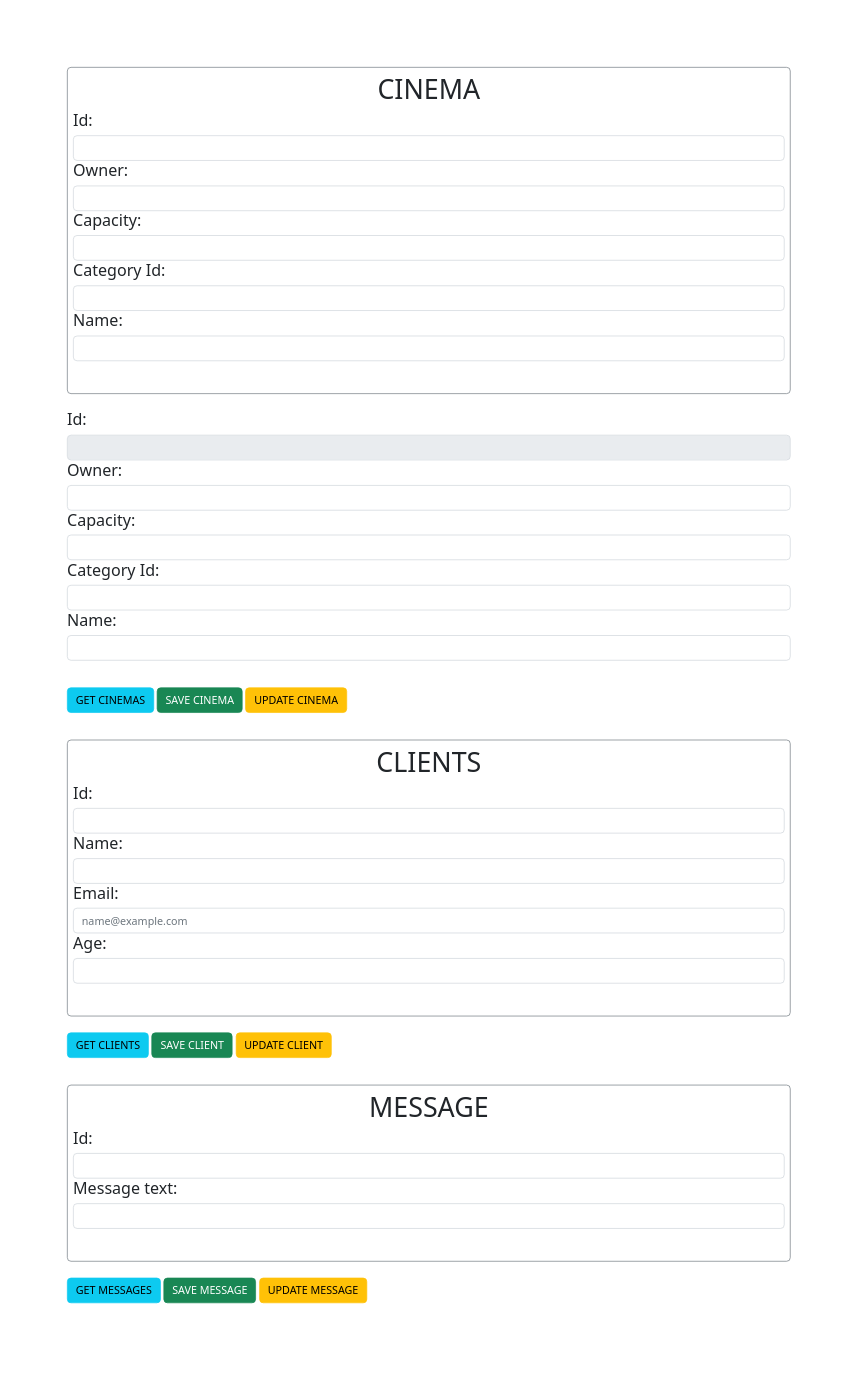
Repository: almendezl/MisionTIC
Page: index.html
The author's editor kept a copy of each file at every save. The page is drawn from the files as they stood at one save, then again after the next save.
The browser window is 1280 px wide. The pictures show the whole page, at 67% of full size.

Above is the page before, as saved 2022-10-02 16:02:28.

### index.html
<html lang="en">
<head>
    <meta charset="UTF-8">
    <meta http-equiv="X-UA-Compatible" content="IE=edge">
    <meta name="viewport" content="width=device-width, initial-scale=1.0">
    <link rel="stylesheet" href="styles.css">
    <title>MISION TIC 2022 RETO 2</title>
</head>
<!-- add jquery api -->
<script src="https://ajax.googleapis.com/ajax/libs/jquery/3.6.1/jquery.min.js"></script>
<!-- add bootstrap -->
<link href="https://cdn.jsdelivr.net/npm/bootstrap@5.2.1/dist/css/bootstrap.min.css" rel="stylesheet" integrity="sha384-iYQeCzEYFbKjA/T2uDLTpkwGzCiq6soy8tYaI1GyVh/UjpbCx/TYkiZhlZB6+fzT" crossorigin="anonymous">
<!-- add the file with the script -->
<script type="text/javascript" src="myScript.js"></script>
<body>
    <!-- cinema front -->
    <div class=" p-2 rounded border border-secondary" >
        <h1 class="text-center">CINEMA</h1>
        <form action="">
            <div class="form-group">
                <h4 class="label label-default" >Id: </h4>
                <input  class="form-control" type="number" id="cinemaId">
            </div>

            <div class="form-group">
                <h4 class="label label-default" >Owner: </h4>
                <input class="form-control" type="text" id="cinemaOwner">
            </div>

            <div class="form-group">
                <h4 class="label label-default" >Capacity: </h4>
                <input class="form-control" type="number" id="cinemaCapacity" >
            </div>

            <div class="form-group">
                <h4 class="label label-default" >Category Id: </h4>
                <input class="form-control" type="number" id="cinemaCategory">
            </div>

            <div class="form-group">
                <h4 class="label label-default" >Name: </h4>
                <input class="form-control" type="text" id="cinemaName"><br>
            </div>

        </form>
    </div>
    <br>
    <div id="editCinema">
        <form action="">
            <div class="form-group">
                <h4 class="label label-default" >Id: </h4>
                <input disabled class="form-control" type="number" id="cinemaIdEdit">
            </div>

            <div class="form-group">
                <h4 class="label label-default" >Owner: </h4>
                <input class="form-control" type="text" id="cinemaOwnerEdit">
            </div>

            <div class="form-group">
                <h4 class="label label-default" >Capacity: </h4>
                <input class="form-control" type="number" id="cinemaCapacityEdit" >
            </div>

            <div class="form-group">
                <h4 class="label label-default" >Category Id: </h4>
                <input class="form-control" type="number" id="cinemaCategoryEdit">
            </div>

            <div class="form-group">
                <h4 class="label label-default" >Name: </h4>
                <input class="form-control" type="text" id="cinemaNameEdit"><br>
            </div>

        </form>

    </div>

    <div id="cinemaAlert">

    </div>




    <button class="btn btn-info" onclick="getCinemas()">GET CINEMAS</button>

    <button class="btn btn-success" onclick="setCinema()">SAVE CINEMA</button>

    <button class="btn btn-warning" onclick="updateCinema()">UPDATE CINEMA</button><br><br>


    <table class="table table-striped" id="cinemasList">


    </table>

    <!-- Clients front  -->
    <div class=" p-2 rounded border border-secondary" >
    <h1 class="text-center">CLIENTS</h1>
        <form action="">
            <div class="form-group">
                <h4 class="label label-default" >Id: </h4>
                <input class="form-control" type="number" id="clientId">
            </div>

            <div class="form-group">
                <h4 class="label label-default" >Name: </h4>
                <input class="form-control" type="text" id="clientName">
            </div>

            <div class="form-group">
                <h4 class="label label-default" >Email: </h4>
                <input class="form-control" type="text" id="clientEmail" placeholder="name@example.com">
            </div>

            <div class="form-group">
                <h4 class="label label-default" >Age: </h4>
                <input class="form-control" type="number" id="clientAge"><br>
            </div>

        </form>
    </div>
    <br>

    <div id="clientAlert">

    </div>



    <button class="btn btn-info" onclick="getClients()">GET CLIENTS</button>

    <button class="btn btn-success" onclick="setClient()">SAVE CLIENT</button>

    <button class="btn btn-warning" onclick="updateClient()">UPDATE CLIENT</button><br><br>


    <table class="table table-striped" id="clientsList">


    </table>

    <!-- Message front  -->
    <div class=" p-2 rounded border border-secondary" >
        <h1 class="text-center">MESSAGE</h1>

        <form action="" >
            <div class="form-group">
                <h4 class="label label-default" >Id: </h4>
                <input class="form-control" type="number" id="messageId">
            </div>

            <div class="form-group">
                <h4 class="label label-default" >Message text: </h4>
                <input class="form-control" type="text" id="messageText"><br>
            </div>


        </form>
    </div>
    <br>

    <div id="messageAlert">

    </div>



    <button class="btn btn-info" onclick="getMessages()">GET MESSAGES</button>

    <button class="btn btn-success" onclick="setMessage()">SAVE MESSAGE</button>

    <button class="btn btn-warning" onclick="updateMessage()">UPDATE MESSAGE</button><br><br>


    <table class="table table-striped" id="messagesList">


    </table>

</body>
</html>

### styles.css
body {

    padding: 100px 100px;
  }

### myScript.js
let urlCinema = "https://gbc0751b79176df-fy68ude9ajgxmklv.adb.us-ashburn-1.oraclecloudapps.com/ords/admin/cinema/cinema";
let urlClient = "https://gbc0751b79176df-fy68ude9ajgxmklv.adb.us-ashburn-1.oraclecloudapps.com/ords/admin/client/client";
let urlMessage = "https://gbc0751b79176df-fy68ude9ajgxmklv.adb.us-ashburn-1.oraclecloudapps.com/ords/admin/message/message";


/**
 * ----------------CINEMAS ---------------------
 */
function getCinemas(){

    $.ajax({
        url:  urlCinema,
        type: 'GET',
        dataType: 'json',

        success: function(cinemas){
            console.log(cinemas);
            let cs= cinemas.items;
            //$('#clientsList').append("<h2>Clients List</h2>");
            $('#cinemasList').empty();
            if(cs.length > 0){

                $('#cinemasList').append("<thead><tr><th scope='col'>Id</th><th scope='col'>Owner</th><th scope='col'>Capacity</th><th scope='col'>Category Id</th> <th scope='col'>Name</th><th scope='col'>Options</th></tr></thead><tbody></tbody>");
                for(i = 0; i<cs.length; i++){

                    $('#cinemasList').append("<tr><th scope='row'>"+cs[i].id+"</th><td>"+cs[i].owner+"</td><td>"+cs[i].capacity+"</td><td>"+cs[i].category_id+"</td><td>"+cs[i].name+"</td><td>"+"<button class='btn btn-secondary' onclick='editCinema("+JSON.stringify(cs[i])+")'>EDIT</button> <button class='btn btn-danger' onclick='deleteCinema("+cs[i].id+")'>DELETE</button></td></tr>");

                }
            }else{
                $('#cinemasList').append("<h4 class='text-center'>No entries</h4>");
            }

        },
        error: function(xhr, status){
            alert("A problem has occurred");
        },
        complete: function(xhr, status){
            //alert("Request made");
        }
    });

}
function editCinema(item){
    console.log(item);
    $("#cinemaIdEdit").val(item.id);
    $("#cinemaOwnerEdit").val(item.owner);
    $("#cinemaCapacityEdit").val(item.capacity);
    $("#cinemaCategoryEdit").val(item.category_id);
    $("#cinemaNameEdit").val(item.name);


}

function setCinema(){

    let id = $("#cinemaId").val();
    let owner = $("#cinemaOwner").val();
    let capacity = $("#cinemaCapacity").val();
    let category = $("#cinemaCategory").val();
    let name = $("#cinemaName").val();

    $("#cinemaAlert").empty();
    if (id != "" && owner != "" && capacity != "" && category != "" && name != ""){
        let data = {
            id: id,
            owner: owner,
            capacity: capacity,
            category_id: category,
            name: name

        };

        let dataToSend = JSON.stringify(data);

        console.log(dataToSend);

        $.ajax({
            url: urlCinema,
            type: 'POST',
            //dataType: 'json',
            data: dataToSend,
             contentType: "application/json",

            success: function(json){
                console.log(json);
                //Clean the inputs
                $("#cinemaId").val('');
                $("#cinemaOwner").val('');
                $("#cinemaCapacity").val('');
                $("#cinemaCategory").val('');
                $("#cinemaName").val('');
                getCinemas();
            },
            error: function(xhr, status){
                //alert("A problem has occurred");

            },
            complete: function(xhr, status){
                //alert("Request made");

            }
        });

    }else{
        $("#cinemaAlert").append("<div class='alert alert-danger' role='alert'>There can be no empty fields!</div>");
    }



}

function updateCinema(){
    let id = $("#cinemaId").val();
    let owner = $("#cinemaOwner").val();
    let capacity = $("#cinemaCapacity").val();
    let category = $("#cinemaCategory").val();
    let name = $("#cinemaName").val();

    let data = {
        id: id,
        owner: owner,
        capacity: capacity,
        category_id: category,
        name: name

    };

    let dataToSend = JSON.stringify(data);

    console.log(dataToSend);

    $.ajax({
        url: urlCinema,
        type: 'PUT',
        //dataType: 'json',
        data: dataToSend,
        contentType: "application/json",

        success: function(json){
            console.log(json);
            //Clean the inputs
            $("#cinemaId").val('');
            $("#cinemaOwner").val('');
            $("#cinemaCapacity").val('');
            $("#cinemaCategory").val('');
            $("#cinemaName").val('');
            getCinemas();
        },
        error: function(xhr, status){
            //alert("A problem has occurred");

        },
        complete: function(xhr, status){
            //alert("Request made");

        }
    });
}

function deleteCinema(cinemaId){


    let data = {
        id: cinemaId

    };

    let dataToSend = JSON.stringify(data);

    console.log(dataToSend);

    $.ajax({
        url: urlCinema,
        type: 'DELETE',
        //dataType: 'json',
        data: dataToSend,
        contentType: "application/json",

        success: function(json){
            console.log(json);
            //Clean the inputs
            $("#cinemaId").val('');
            $("#cinemaOwner").val('');
            $("#cinemaCapacity").val('');
            $("#cinemaCategory").val('');
            $("#cinemaName").val('');
            getCinemas();
        },
        error: function(xhr, status){
            //alert("A problem has occurred");

        },
        complete: function(xhr, status){
            //alert("Request made");

        }
    });
}

/**
 * ----------------CLIENTS ---------------------
 */

function getClients(){

    $.ajax({
        url: urlClient,
        type: 'GET',
        dataType: 'json',

        success: function(clients){
            console.log(clients);
            let cs= clients.items;
            //$('#clientsList').append("<h2>Clients List</h2>");
            $('#clientsList').empty();
            if(cs.length > 0){
                $('#clientsList').append("<thead><tr><th scope='col'>Id</th><th scope='col'>Name</th><th scope='col'>Email</th><th scope='col'>Age</th> <th scope='col'>Option</th></tr></thead><tbody></tbody>");
                for(i = 0; i<cs.length; i++){
                    //$('#clientsList').append("<b>"+cs[i].id+" "+cs[i].name+" </b> "+cs[i].email+"   <button class='btn btn-danger'    onclick='deleteClient("+cs[i].id+")'>DELETE</button>"+"<br>");
                    $('#clientsList').append("<tr><th scope='row'>"+cs[i].id+"</th><td>"+cs[i].name+"</td><td>"+cs[i].email+"</td><td>" +cs[i].age+"</td><td>"+"<button class='btn btn-danger' onclick='deleteClient("+cs[i].id+")'>DELETE</button></td></   tr>");

                }
            }else{
                $('#clientsList').append("<h4 class='text-center'>No entries</h4>");
            }

        },
        error: function(xhr, status){
            alert("A problem has occurred");
        },
        complete: function(xhr, status){
            //alert("Request made");
        }
    });

}

function setClient(){

    let clientId = $("#clientId").val();
    let clientName = $("#clientName").val();
    let clientEmail = $("#clientEmail").val();
    let clientAge = $("#clientAge").val();
    $("#clientAlert").empty();

    if(clientId != '' && clientName != '' && clientEmail != '' && clientAge != '' ){
        let data = {
            id: clientId,
            name: clientName,
            email: clientEmail,
            age: clientAge

        };

        let dataToSend = JSON.stringify(data);

        console.log(dataToSend);

        $.ajax({
            url: urlClient,
            type: 'POST',
            //dataType: 'json',
            data: dataToSend,
             contentType: "application/json",

            success: function(json){
                console.log(json);
                //Clean the inputs
                $("#clientId").val('');
                $("#clientName").val('');
                $("#clientEmail").val('');
                $("#clientAge").val('');
                getClients();
            },
            error: function(xhr, status){
                //alert("A problem has occurred");

            },
            complete: function(xhr, status){
                //alert("Request made");

            }
        });
    } else{
        $("#clientAlert").append("<div class='alert alert-danger' role='alert'>There can be no empty fields!</div>");
    }





}

function updateClient(){
    let clientId = $("#clientId").val();
    let clientName = $("#clientName").val();
    let clientEmail = $("#clientEmail").val();
    let clientAge = $("#clientAge").val();

    let data = {
        id: clientId,
        name: clientName,
        email: clientEmail,
        age: clientAge

    };

    let dataToSend = JSON.stringify(data);

    console.log(dataToSend);

    $.ajax({
        url:urlClient,
        type: 'PUT',
        //dataType: 'json',
        data: dataToSend,
        contentType: "application/json",

        success: function(json){
            console.log(json);
            //Clean the inputs
            $("#clientId").val('');
            $("#clientName").val('');
            $("#clientEmail").val('');
            $("#clientAge").val('');
            getClients();
        },
        error: function(xhr, status){
            //alert("A problem has occurred");

        },
        complete: function(xhr, status){
            //alert("Request made");

        }
    });
}

function deleteClient(clientId){


    let data = {
        id: clientId

    };

    let dataToSend = JSON.stringify(data);

    console.log(dataToSend);

    $.ajax({
        url:urlClient,
        type: 'DELETE',
        //dataType: 'json',
        data: dataToSend,
        contentType: "application/json",

        success: function(json){
            console.log(json);
            //Clean the inputs
            $("#clientId").val('');
            $("#clientName").val('');
            $("#clientEmail").val('');
            $("#clientAge").val('');
            getClients();
        },
        error: function(xhr, status){
            //alert("A problem has occurred");

        },
        complete: function(xhr, status){
            //alert("Request made");

        }
    });
}

/**
 * ----------------MESSAGE ---------------------
 */

 function getMessages(){

    $.ajax({
        url: urlMessage,
        type: 'GET',
        dataType: 'json',

        success: function(clients){
            console.log(clients);
            let cs= clients.items;
            //$('#clientsList').append("<h2>Clients List</h2>");
            $('#messagesList').empty();
           if(cs.length > 0){
                $('#messagesList').append("<thead><tr><th scope='col'>Id</th><th scope='col'>Message text</th><th scope='col'>Option</th></tr></thead><tbody></tbody>");
                 for(i = 0; i<cs.length; i++){

                     $('#messagesList').append("<tr><th scope='row'>"+cs[i].id+"</th><td>"+cs[i].messagetext+"</td><td>"+"<button       class='btn btn-danger' onclick='deleteMessage("+cs[i].id+")'>DELETE</button></td></tr>");

                 }
           }else{
            $('#messagesList').append("<h4 class='text-center'>No entries</h4>");
           }

        },
        error: function(xhr, status){
            alert("A problem has occurred");
        },
        complete: function(xhr, status){
            //alert("Request made");
        }
    });

}

function setMessage(){
    let id = $("#messageId").val();
    let messageText = $("#messageText").val();
    $("#messageAlert").empty();

    if(id != '' && messageText != ''){
        let data = {
            id: id,
            messagetext: messageText,

        };

        let dataToSend = JSON.stringify(data);

        console.log(dataToSend);

        $.ajax({
            url: urlMessage,
            type: 'POST',
            //dataType: 'json',
            data: dataToSend,
             contentType: "application/json",

            success: function(json){
                console.log(json);
                //Clean the inputs
                $("#messageId").val('');
                $("#messageText").val('');
                getMessages();
            },
            error: function(xhr, status){
                //alert("A problem has occurred");

            },
            complete: function(xhr, status){
                //alert("Request made");

            }
        });

    } else{
        $("#messageAlert").append("<div class='alert alert-danger' role='alert'>There can be no empty fields!</div>");
    }




}

function updateMessage(){
    let id = $("#messageId").val();
    let messageText = $("#messageText").val();

    let data = {
        id: id,
        messagetext: messageText,

    };

    let dataToSend = JSON.stringify(data);

    console.log(dataToSend);

    $.ajax({
        url:urlMessage,
        type: 'PUT',
        //dataType: 'json',
        data: dataToSend,
        contentType: "application/json",

        success: function(json){
            console.log(json);
            //Clean the inputs
            $("#messageId").val('');
            $("#messageText").val('');
            getMessages();
        },
        error: function(xhr, status){
            //alert("A problem has occurred");

        },
        complete: function(xhr, status){
            //alert("Request made");

        }
    });
}

function deleteMessage(messageId){


    let data = {
        id: messageId

    };

    let dataToSend = JSON.stringify(data);

    console.log(dataToSend);

    $.ajax({
        url:urlMessage,
        type: 'DELETE',
        //dataType: 'json',
        data: dataToSend,
        contentType: "application/json",

        success: function(json){
            console.log(json);
            //Clean the inputs
            $("#messageId").val('');
            $("#messageText").val('');
            getMessages();
        },
        error: function(xhr, status){
            //alert("A problem has occurred");

        },
        complete: function(xhr, status){
            //alert("Request made");

        }
    });
}

After the next save:
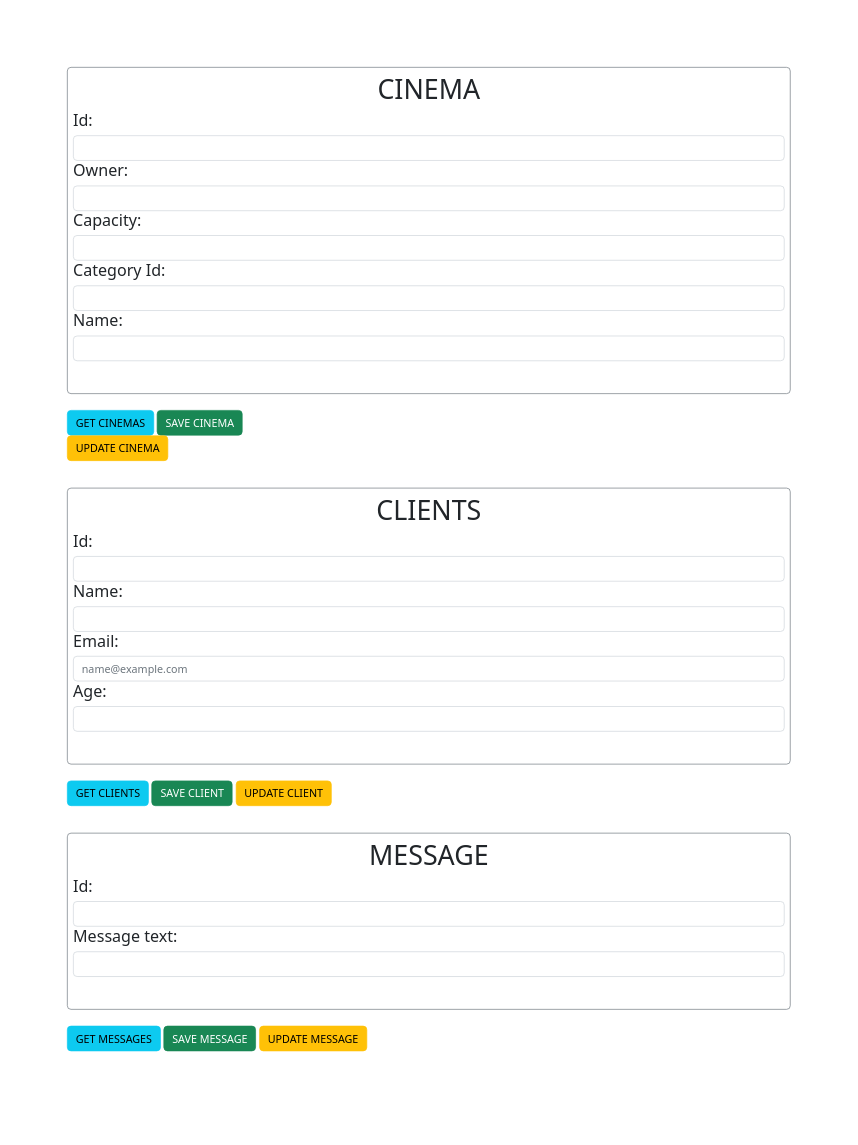
Saved 3 min 28 s later.
--- a/index.html
+++ b/index.html
@@ -45,48 +45,17 @@
         </form>
     </div>
     <br>
-    <div id="editCinema">
-        <form action="">
-            <div class="form-group">
-                <h4 class="label label-default" >Id: </h4>
-                <input disabled class="form-control" type="number" id="cinemaIdEdit">
-            </div>
-
-            <div class="form-group">
-                <h4 class="label label-default" >Owner: </h4>
-                <input class="form-control" type="text" id="cinemaOwnerEdit">
-            </div>
-
-            <div class="form-group">
-                <h4 class="label label-default" >Capacity: </h4>
-                <input class="form-control" type="number" id="cinemaCapacityEdit" >
-            </div>
-
-            <div class="form-group">
-                <h4 class="label label-default" >Category Id: </h4>
-                <input class="form-control" type="number" id="cinemaCategoryEdit">
-            </div>
-
-            <div class="form-group">
-                <h4 class="label label-default" >Name: </h4>
-                <input class="form-control" type="text" id="cinemaNameEdit"><br>
-            </div>
-
-        </form>
-
-    </div>
-
     <div id="cinemaAlert">
 
     </div>
-
-
-
 
     <button class="btn btn-info" onclick="getCinemas()">GET CINEMAS</button>
 
     <button class="btn btn-success" onclick="setCinema()">SAVE CINEMA</button>
 
+    <div id="editCinema">
+
+    </div>
     <button class="btn btn-warning" onclick="updateCinema()">UPDATE CINEMA</button><br><br>
 
 
